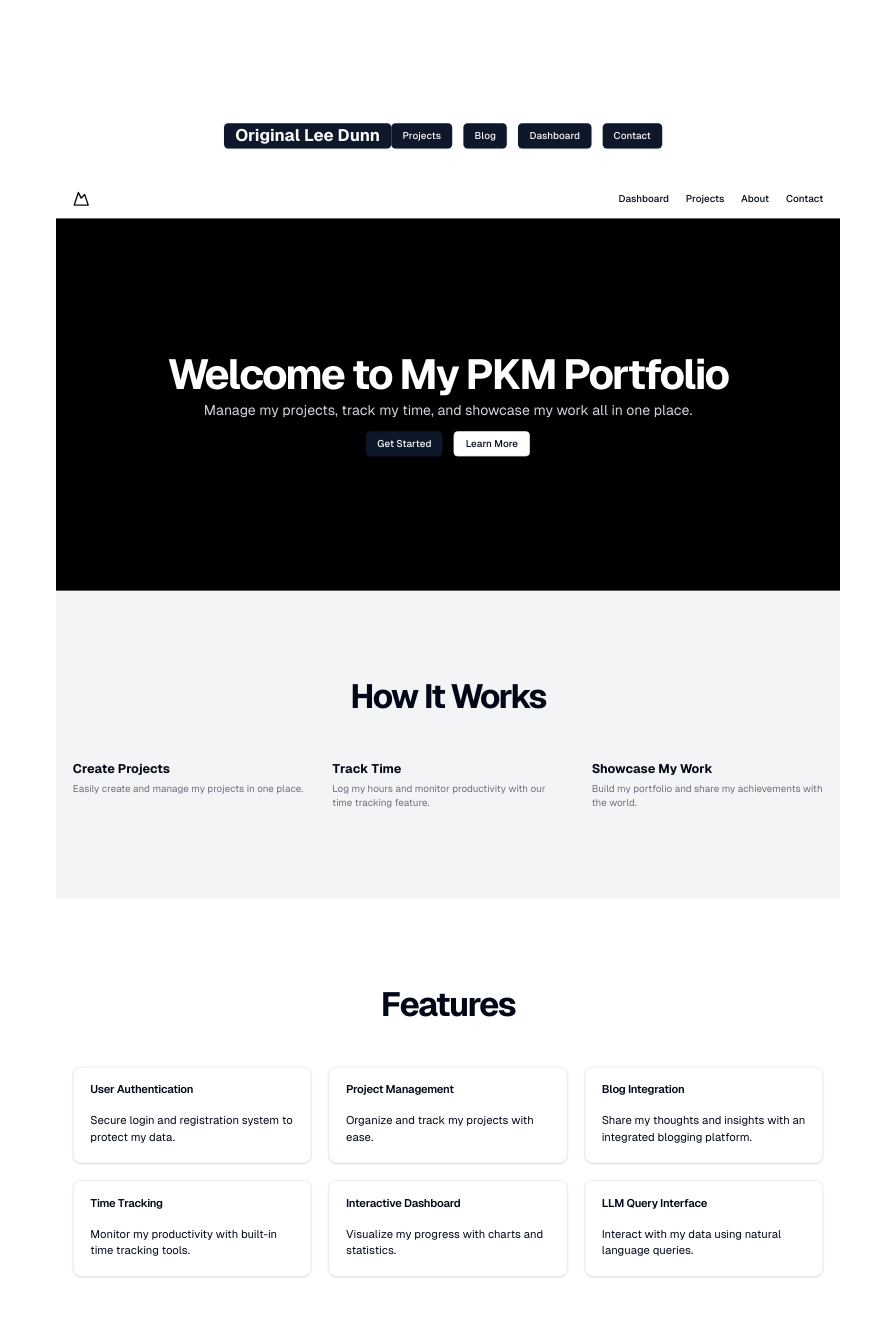
Repository: OriginalLeeDunn/pkm-portfolio
Page: /
An editor plug-in stored every save of this project. The page is shown before and after the next save, followed by the edit.
The browser window is 1280 px wide. The pictures show the part of the page from y = 0 to 1920 px (the page is 3619 px tall), at 70% of full size.
The project was rebuilt for these pictures with package versions that can differ from the ones it lists, and the page was loaded fresh each time. The framework's server and built-in components were replaced by stand-ins that run in the browser. Also part of the build but not shown: next.config.mjs.

Above is the page before, as saved 2024-10-16 08:50:03.

### src/app/page.tsx
import Image from "next/image";
import { HomePageComponent } from "@/components/home-page/home-page"
import Header from "@/components/Header";
import Footer  from "@/components/Footer"



export default function Home() {
  return (
    <div className="grid grid-rows-[20px_1fr_20px] items-center justify-items-center min-h-screen p-8 pb-20 gap-16 sm:p-20 font-[family-name:var(--font-geist-sans)]">


      <main className="flex flex-col gap-8 row-start-2 items-center sm:items-start">

      <header className="flex flex-col gap-8 row-start-2 items-center sm:items-start">

      <Header/>

      </header>

      <HomePageComponent/>

      <footer className="flex flex-col gap-8 row-start-2 items-center sm:items-start">



      </footer>

      </main>


    </div>
  );
}

### src/components/home-page/home-page.tsx
'use client'

import React from 'react'
import { Button } from "@/components/home-page/ui/button"
import { Card, CardContent, CardDescription, CardHeader, CardTitle } from "@/components/home-page/ui/card"
import { Input } from "@/components/home-page/ui/input"
import { Github, Linkedin, Twitter, Mountain } from "lucide-react"
import Link from "next/link"

export function HomePageComponent() {
  return (
    <div className="flex flex-col min-h-screen">
      <header className="px-4 lg:px-6 h-14 flex items-center">
        <Link className="flex items-center justify-center" href="#">
          <Mountain className="h-6 w-6" />
          <span className="sr-only">PKM Portfolio</span>
        </Link>
        <nav className="ml-auto flex gap-4 sm:gap-6">
          <Link className="text-sm font-medium hover:underline underline-offset-4" href="#">
            Dashboard
          </Link>
          <Link className="text-sm font-medium hover:underline underline-offset-4" href="#">
            Projects
          </Link>
          <Link className="text-sm font-medium hover:underline underline-offset-4" href="#">
            About
          </Link>
          <Link className="text-sm font-medium hover:underline underline-offset-4" href="#">
            Contact
          </Link>
        </nav>
      </header>
      <main className="flex-1">
        <section className="w-full py-12 md:py-24 lg:py-32 xl:py-48 bg-black">
          <div className="container px-4 md:px-6">
            <div className="flex flex-col items-center space-y-4 text-center">
              <div className="space-y-2">
                <h1 className="text-3xl font-bold tracking-tighter sm:text-4xl md:text-5xl lg:text-6xl/none text-white">
                  Welcome to My PKM Portfolio
                </h1>
                <p className="mx-auto max-w-[700px] text-gray-300 md:text-xl">
                  Manage my projects, track my time, and showcase my work all in one place.
                </p>
              </div>
              <div className="space-x-4">
                <Button>Get Started</Button>
                <Button variant="outline">Learn More</Button>
              </div>
            </div>
          </div>
        </section>
        <section className="w-full py-12 md:py-24 lg:py-32 bg-gray-100">
          <div className="container px-4 md:px-6">
            <h2 className="text-3xl font-bold tracking-tighter sm:text-5xl text-center">How It Works</h2>
            <div className="grid gap-10 sm:grid-cols-2 md:grid-cols-3 mt-16 items-start">
              <div className="grid gap-1">
                <h3 className="text-lg font-bold">Create Projects</h3>
                <p className="text-sm text-gray-500">Easily create and manage my projects in one place.</p>
              </div>
              <div className="grid gap-1">
                <h3 className="text-lg font-bold">Track Time</h3>
                <p className="text-sm text-gray-500">Log my hours and monitor productivity with our time tracking feature.</p>
              </div>
              <div className="grid gap-1">
                <h3 className="text-lg font-bold">Showcase My Work</h3>
                <p className="text-sm text-gray-500">Build my portfolio and share my achievements with the world.</p>
              </div>
            </div>
          </div>
        </section>
        <section className="w-full py-12 md:py-24 lg:py-32">
          <div className="container px-4 md:px-6">
            <h2 className="text-3xl font-bold tracking-tighter sm:text-5xl text-center mb-16">Features</h2>
            <div className="grid gap-6 lg:grid-cols-3">
              <Card>
                <CardHeader>
                  <CardTitle>User Authentication</CardTitle>
                </CardHeader>
                <CardContent>Secure login and registration system to protect my data.</CardContent>
              </Card>
              <Card>
                <CardHeader>
                  <CardTitle>Project Management</CardTitle>
                </CardHeader>
                <CardContent>Organize and track my projects with ease.</CardContent>
              </Card>
              <Card>
                <CardHeader>
                  <CardTitle>Blog Integration</CardTitle>
                </CardHeader>
                <CardContent>Share my thoughts and insights with an integrated blogging platform.</CardContent>
              </Card>
              <Card>
                <CardHeader>
                  <CardTitle>Time Tracking</CardTitle>
                </CardHeader>
                <CardContent>Monitor my productivity with built-in time tracking tools.</CardContent>
              </Card>
              <Card>
                <CardHeader>
                  <CardTitle>Interactive Dashboard</CardTitle>
                </CardHeader>
                <CardContent>Visualize my progress with charts and statistics.</CardContent>
              </Card>
              <Card>
                <CardHeader>
                  <CardTitle>LLM Query Interface</CardTitle>
                </CardHeader>
                <CardContent>Interact with my data using natural language queries.</CardContent>
              </Card>
            </div>
          </div>
        </section>
        <section className="w-full py-12 md:py-24 lg:py-32 bg-gray-100">
          <div className="container px-4 md:px-6">
            <div className="flex flex-col items-center space-y-4 text-center">
              <div className="space-y-2">
                <h2 className="text-3xl font-bold tracking-tighter sm:text-5xl">Ready to Get Started?</h2>
                <p className="max-w-[600px] text-gray-500 md:text-xl/relaxed lg:text-base/relaxed xl:text-xl/relaxed mx-auto">
                  Join now and take control of my personal knowledge management and portfolio.
                </p>
              </div>
              <Button className="w-[200px]">Explore Dashboard</Button>
            </div>
          </div>
        </section>
        <section className="w-full py-12 md:py-24 lg:py-32">
          <div className="container px-4 md:px-6">
            <h2 className="text-3xl font-bold tracking-tighter sm:text-5xl text-center mb-16">Latest Blog Posts</h2>
            <div className="grid gap-6 lg:grid-cols-3">
              <Card>
                <CardHeader>
                  <CardTitle>Maximizing Productivity with PKM</CardTitle>
                  <CardDescription>Posted on June 1, 2023</CardDescription>
                </CardHeader>
                <CardContent>Learn how to boost my productivity using Personal Knowledge Management techniques.</CardContent>
              </Card>
              <Card>
                <CardHeader>
                  <CardTitle>Building an Effective Digital Portfolio</CardTitle>
                  <CardDescription>Posted on May 15, 2023</CardDescription>
                </CardHeader>
                <CardContent>Tips and tricks for creating a standout digital portfolio to showcase my work.</CardContent>
              </Card>
              <Card>
                <CardHeader>
                  <CardTitle>The Power of Time Tracking</CardTitle>
                  <CardDescription>Posted on May 1, 2023</CardDescription>
                </CardHeader>
                <CardContent>Discover how time tracking can transform my work habits and improve efficiency.</CardContent>
              </Card>
            </div>
          </div>
        </section>
        <section className="w-full py-12 md:py-24 lg:py-32 bg-gray-100">
          <div className="container px-4 md:px-6">
            <div className="flex flex-col items-center space-y-4 text-center">
              <div className="space-y-2">
                <h2 className="text-3xl font-bold tracking-tighter sm:text-5xl">Get in Touch</h2>
                <p className="max-w-[600px] text-gray-500 md:text-xl/relaxed lg:text-base/relaxed xl:text-xl/relaxed mx-auto">
                  Have questions or feedback? We'd love to hear from you.
                </p>
              </div>
              <div className="w-full max-w-sm space-y-2">
                <form className="flex space-x-2">
                  <Input className="max-w-lg flex-1" placeholder="Enter my email" type="email" />
                  <Button type="submit">Subscribe</Button>
                </form>
                <p className="text-xs text-gray-500">
                  By subscribing, you agree to our Terms of Service and Privacy Policy.
                </p>
              </div>
            </div>
          </div>
        </section>
      </main>
      <footer className="flex flex-col gap-2 sm:flex-row py-6 w-full shrink-0 items-center px-4 md:px-6 border-t">
        <p className="text-xs text-gray-500">© 2023 PKM Portfolio. All rights reserved.</p>
        <nav className="sm:ml-auto flex gap-4 sm:gap-6">
          <Link className="text-xs hover:underline underline-offset-4" href="#">
            Terms of Service
          </Link>
          <Link className="text-xs hover:underline underline-offset-4" href="#">
            Privacy
          </Link>
        </nav>
        <div className="flex gap-4">
          <Link className="text-gray-500" href="#">
            <Github className="h-4 w-4" />
            <span className="sr-only">GitHub</span>
          </Link>
          <Link className="text-gray-500" href="#">
            <Linkedin className="h-4 w-4" />
            <span className="sr-only">LinkedIn</span>
          </Link>
          <Link className="text-gray-500" href="#">
            <Twitter className="h-4 w-4" />
            <span className="sr-only">Twitter</span>
          </Link>
        </div>
      </footer>
    </div>
  )
}
export default HomePageComponent;

### src/components/Header.tsx
import Link from 'next/link'
import { Button } from '@/components/home-page/ui/button'

export default function Header() {
  return (
    <header className="w-full py-3 px-20 bg-background items-center">
      <div className="container mx-auto flex justify-between px-40 items-center">
        <Button className="py-3 px-0.1">
        <Link href="/" className="text-2xl font-bold px-4">
          Original Lee Dunn
        </Link>
        </Button>
        <nav>
          <ul className="flex space-x-4">
            <li><Button asChild><Link href="/projects">Projects</Link></Button></li>
            <li><Button asChild><Link href="/blog">Blog</Link></Button></li>
            <li><Button asChild><Link href="/dashboard">Dashboard</Link></Button></li>
            <li><Button asChild><Link href="/contact">Contact</Link></Button></li>
          </ul>
        </nav>
      </div>
    </header>
  )
}

### src/components/home-page/ui/button.tsx
import * as React from "react"
import { Slot } from "@radix-ui/react-slot"
import { cva, type VariantProps } from "class-variance-authority"

import { cn } from "@/lib/utils"

const buttonVariants = cva(
  "inline-flex items-center justify-center whitespace-nowrap rounded-md text-sm font-medium transition-colors focus-visible:outline-none focus-visible:ring-1 focus-visible:ring-ring disabled:pointer-events-none disabled:opacity-50",
  {
    variants: {
      variant: {
        default:
          "bg-primary text-primary-foreground shadow hover:bg-primary/90",
        destructive:
          "bg-destructive text-destructive-foreground shadow-sm hover:bg-destructive/90",
        outline:
          "border border-input bg-background shadow-sm hover:bg-accent hover:text-accent-foreground",
        secondary:
          "bg-secondary text-secondary-foreground shadow-sm hover:bg-secondary/80",
        ghost: "hover:bg-accent hover:text-accent-foreground",
        link: "text-primary underline-offset-4 hover:underline",
      },
      size: {
        default: "h-9 px-4 py-2",
        sm: "h-8 rounded-md px-3 text-xs",
        lg: "h-10 rounded-md px-8",
        icon: "h-9 w-9",
      },
    },
    defaultVariants: {
      variant: "default",
      size: "default",
    },
  }
)

export interface ButtonProps
  extends React.ButtonHTMLAttributes<HTMLButtonElement>,
    VariantProps<typeof buttonVariants> {
  asChild?: boolean
}

const Button = React.forwardRef<HTMLButtonElement, ButtonProps>(
  ({ className, variant, size, asChild = false, ...props }, ref) => {
    const Comp = asChild ? Slot : "button"
    return (
      <Comp
        className={cn(buttonVariants({ variant, size, className }))}
        ref={ref}
        {...props}
      />
    )
  }
)
Button.displayName = "Button"

export { Button, buttonVariants }

### src/components/home-page/ui/card.tsx
import * as React from "react"

import { cn } from "@/lib/utils"

const Card = React.forwardRef<
  HTMLDivElement,
  React.HTMLAttributes<HTMLDivElement>
>(({ className, ...props }, ref) => (
  <div
    ref={ref}
    className={cn(
      "rounded-xl border bg-card text-card-foreground shadow",
      className
    )}
    {...props}
  />
))
Card.displayName = "Card"

const CardHeader = React.forwardRef<
  HTMLDivElement,
  React.HTMLAttributes<HTMLDivElement>
>(({ className, ...props }, ref) => (
  <div
    ref={ref}
    className={cn("flex flex-col space-y-1.5 p-6", className)}
    {...props}
  />
))
CardHeader.displayName = "CardHeader"

const CardTitle = React.forwardRef<
  HTMLParagraphElement,
  React.HTMLAttributes<HTMLHeadingElement>
>(({ className, ...props }, ref) => (
  <h3
    ref={ref}
    className={cn("font-semibold leading-none tracking-tight", className)}
    {...props}
  />
))
CardTitle.displayName = "CardTitle"

const CardDescription = React.forwardRef<
  HTMLParagraphElement,
  React.HTMLAttributes<HTMLParagraphElement>
>(({ className, ...props }, ref) => (
  <p
    ref={ref}
    className={cn("text-sm text-muted-foreground", className)}
    {...props}
  />
))
CardDescription.displayName = "CardDescription"

const CardContent = React.forwardRef<
  HTMLDivElement,
  React.HTMLAttributes<HTMLDivElement>
>(({ className, ...props }, ref) => (
  <div ref={ref} className={cn("p-6 pt-0", className)} {...props} />
))
CardContent.displayName = "CardContent"

const CardFooter = React.forwardRef<
  HTMLDivElement,
  React.HTMLAttributes<HTMLDivElement>
>(({ className, ...props }, ref) => (
  <div
    ref={ref}
    className={cn("flex items-center p-6 pt-0", className)}
    {...props}
  />
))
CardFooter.displayName = "CardFooter"

export { Card, CardHeader, CardFooter, CardTitle, CardDescription, CardContent }

### src/components/home-page/ui/input.tsx
import * as React from "react"

import { cn } from "@/lib/utils"

export interface InputProps
  extends React.InputHTMLAttributes<HTMLInputElement> {}

const Input = React.forwardRef<HTMLInputElement, InputProps>(
  ({ className, type, ...props }, ref) => {
    return (
      <input
        type={type}
        className={cn(
          "flex h-9 w-full rounded-md border border-input bg-transparent px-3 py-1 text-sm shadow-sm transition-colors file:border-0 file:bg-transparent file:text-sm file:font-medium file:text-foreground placeholder:text-muted-foreground focus-visible:outline-none focus-visible:ring-1 focus-visible:ring-ring disabled:cursor-not-allowed disabled:opacity-50",
          className
        )}
        ref={ref}
        {...props}
      />
    )
  }
)
Input.displayName = "Input"

export { Input }

### tailwind.config.ts
/** @type {import('tailwindcss').Config} */
module.exports = {
  darkMode: ["class"],
  content: [
    './pages/**/*.{ts,tsx}',
    './components/**/*.{ts,tsx}',
    './app/**/*.{ts,tsx}',
    './src/**/*.{ts,tsx}',
  ],
  theme: {
  	container: {
  		center: 'true',
  		padding: '2rem',
  		screens: {
  			'2xl': '1400px'
  		}
  	},
  	extend: {
  		colors: {
  			border: 'hsl(var(--border))',
  			input: 'hsl(var(--input))',
  			ring: 'hsl(var(--ring))',
  			background: 'hsl(var(--background))',
  			foreground: 'hsl(var(--foreground))',
  			primary: {
  				DEFAULT: 'hsl(var(--primary))',
  				foreground: 'hsl(var(--primary-foreground))'
  			},
  			secondary: {
  				DEFAULT: 'hsl(var(--secondary))',
  				foreground: 'hsl(var(--secondary-foreground))'
  			},
  			destructive: {
  				DEFAULT: 'hsl(var(--destructive))',
  				foreground: 'hsl(var(--destructive-foreground))'
  			},
  			muted: {
  				DEFAULT: 'hsl(var(--muted))',
  				foreground: 'hsl(var(--muted-foreground))'
  			},
  			accent: {
  				DEFAULT: 'hsl(var(--accent))',
  				foreground: 'hsl(var(--accent-foreground))'
  			},
  			popover: {
  				DEFAULT: 'hsl(var(--popover))',
  				foreground: 'hsl(var(--popover-foreground))'
  			},
  			card: {
  				DEFAULT: 'hsl(var(--card))',
  				foreground: 'hsl(var(--card-foreground))'
  			},
  			chart: {
  				'1': 'hsl(var(--chart-1))',
  				'2': 'hsl(var(--chart-2))',
  				'3': 'hsl(var(--chart-3))',
  				'4': 'hsl(var(--chart-4))',
  				'5': 'hsl(var(--chart-5))'
  			}
  		},
  		borderRadius: {
  			lg: 'var(--radius)',
  			md: 'calc(var(--radius) - 2px)',
  			sm: 'calc(var(--radius) - 4px)'
  		},
  		keyframes: {
  			'accordion-down': {
  				from: {
  					height: '0'
  				},
  				to: {
  					height: 'var(--radix-accordion-content-height)'
  				}
  			},
  			'accordion-up': {
  				from: {
  					height: 'var(--radix-accordion-content-height)'
  				},
  				to: {
  					height: '0'
  				}
  			}
  		},
  		animation: {
  			'accordion-down': 'accordion-down 0.2s ease-out',
  			'accordion-up': 'accordion-up 0.2s ease-out'
  		}
  	}
  },
  plugins: [require("tailwindcss-animate")],
}

Loaded but not shown: src/app/layout.tsx (common file); src/app/globals.css (common file); src/lib/utils.ts (common file)

After the next save:
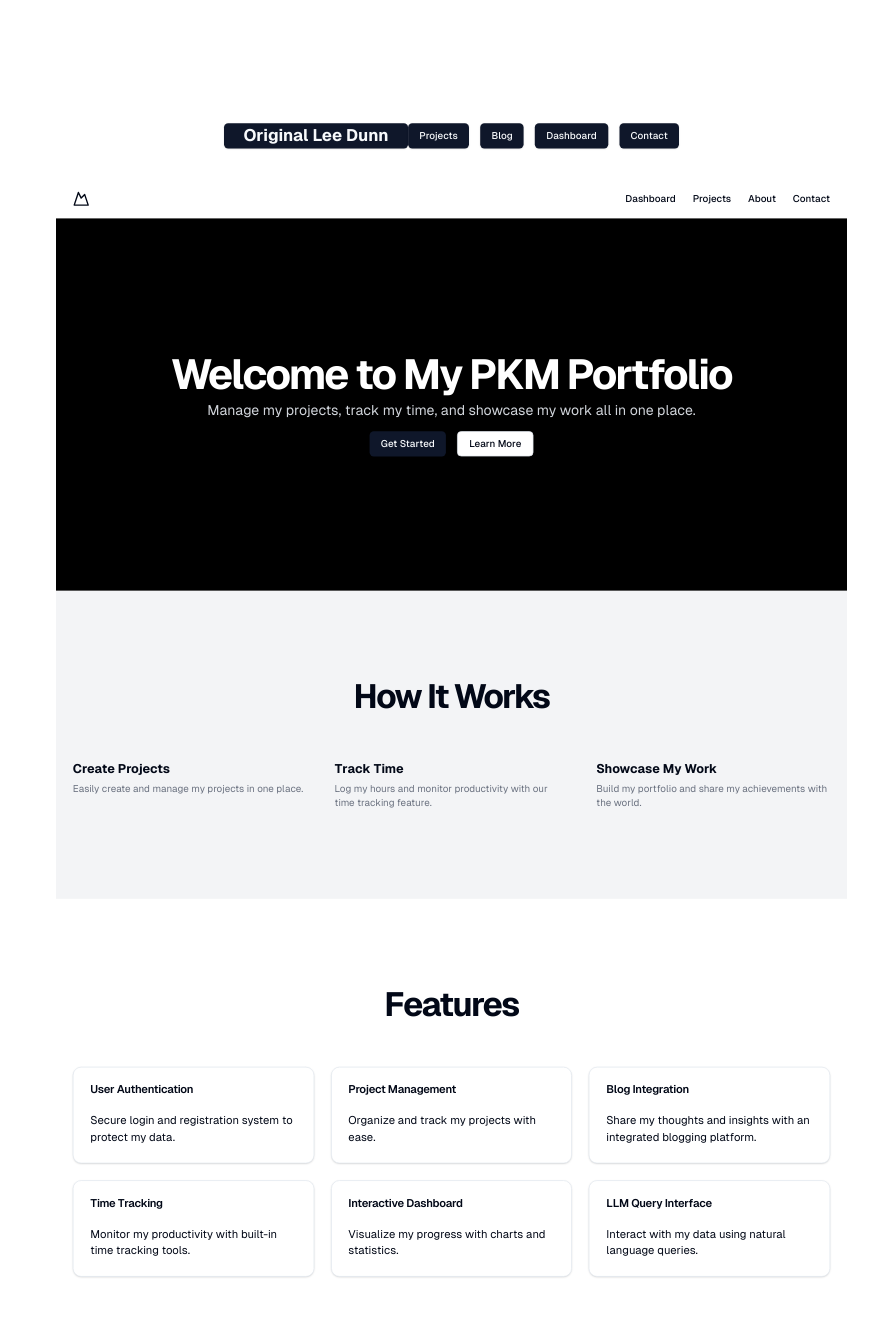
Saved 5 s later.
--- a/src/components/Header.tsx
+++ b/src/components/Header.tsx
@@ -5,7 +5,7 @@ export default function Header() {
   return (
     <header className="w-full py-3 px-20 bg-background items-center">
       <div className="container mx-auto flex justify-between px-40 items-center">
-        <Button className="py-3 px-0.1">
+        <Button className="py-3 px-3">
         <Link href="/" className="text-2xl font-bold px-4">
           Original Lee Dunn
         </Link>
